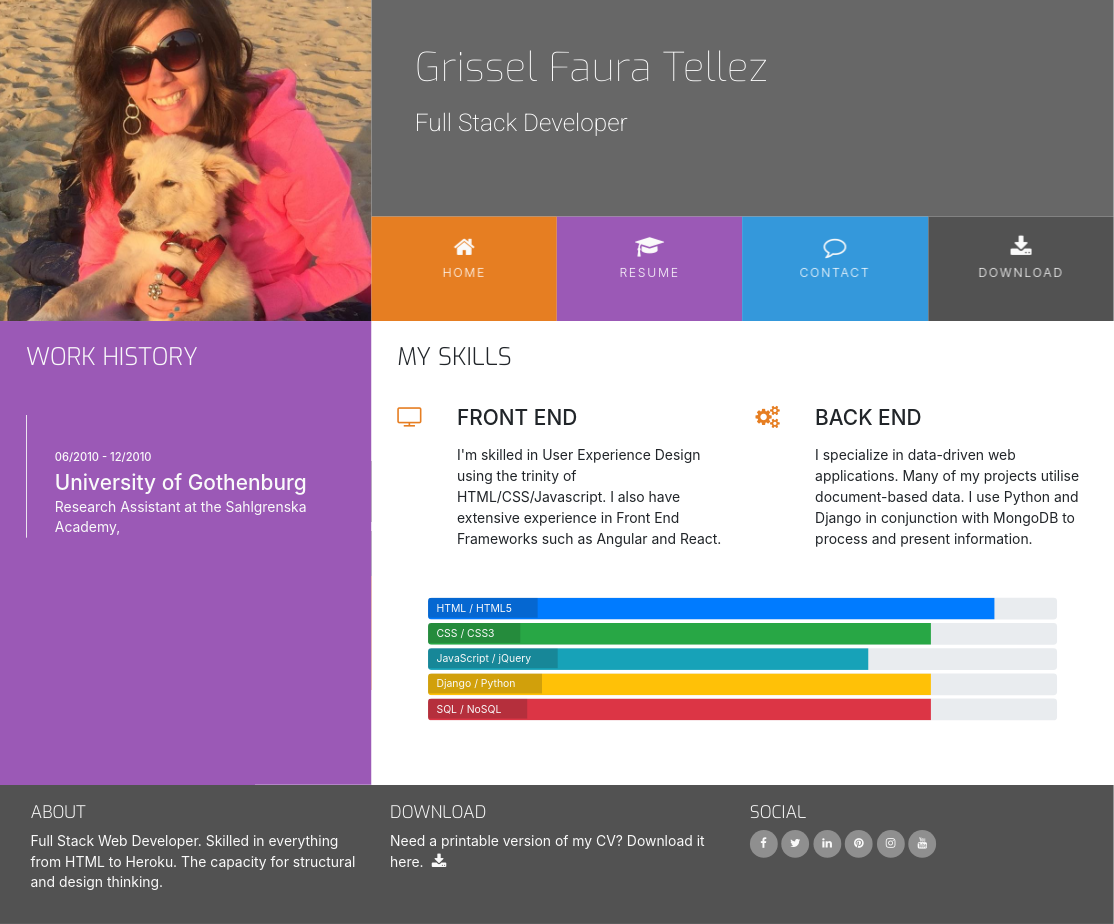
Repository: grisselfaura/Resume-Project-Introduction
Page: resume.html
The author's editor kept a record of every edit. The page is drawn from the files as they stood at one moment, then again after the next edit.
The browser window is 1280 px wide. The pictures show the whole page, at 87% of full size.

Above is the page before.

### resume.html
<!DOCTYPE html>
<html lang="en">
<head>
    <meta charset="UTF-8">
    <meta name="viewport" content="width=device-width, initial-scale=1.0">
    <meta http-equiv="X-UA-Compatible" content="ie=edge">
    <link rel="stylesheet" href="https://stackpath.bootstrapcdn.com/bootstrap/4.3.1/css/bootstrap.min.css" type="text/css" />
    <link rel="stylesheet" href="https://stackpath.bootstrapcdn.com/font-awesome/4.7.0/css/font-awesome.min.css" type="text/css" />
    <link rel="stylesheet" href="https://cdnjs.cloudflare.com/ajax/libs/hover.css/2.3.1/css/hover-min.css" type="text/css" />
    <link rel="stylesheet" href="assets/CSS/style.css" type="text/css" />
    <title>Grissel</title>
</head>
<body>
    <header>
       <div class="row no-gutters">
           <a class="col-md-4 logo" href="index.html"></a>
           <div class="col-md-8">
               <div class="row no-gutters bg-color-name-title">
                   <div class="col heading">
                       <h1 class="name">Grissel Faura Tellez</h1>
                       <h2 class="title">Full Stack Developer</h2>
                    </div>
               </div>
               <div class="row no-gutters">
                   <div class="col">
                       <ul id="nav" class="list-inline menucontainer">
                           <li class="col-6 col-sm-3 ui-menu-color-home list-inline-item menuitem">
                               <a href="#" class="hvr-sweep-to-bottom"><i class="fa fa-home" aria-hidden="true"></i><span>Home</span></a>
                           </li>
                           <li class="col-6 col-sm-3 ui-menu-color-resume list-inline-item menuitem">
                               <a href="#" class="hvr-sweep-to-bottom"><i class="fa fa-graduation-cap" aria-hidden="true"></i><span>Resume</span></a>
                           </li>
                           <li class="col-6 col-sm-3 ui-menu-color-contact list-inline-item menuitem">
                               <a href="#" class="hvr-sweep-to-bottom"><i class="fa fa-comment-o" aria-hidden="true"></i><span>Contact</span></a>
                           </li>
                           <li class="col-6 col-sm-3 ui-menu-color-download list-inline-item menuitem">
                               <a href="#" class="hvr-sweep-to-bottom"><i class="fa fa-download" aria-hidden="true"></i><span>Download</span></a>
                           </li>
                       </ul>
                   </div>
               </div>
           </div>
       </div>
    </header>
    <section class="container-fluid">
        <div class="row">
            <div class="col-md-4 bg-color-work-history section-column">
                <div class="row">
                    <div class="col-12">
                        <h3 class="history-heading uppercase">
                            Work History
                            </h3>
                    </div>
                </div>
                <div class="timeline-item" data-dates="06/2010 - 12/2010">
                    <h4>University of Gothenburg</h4>
                    <p>Research Assistant at the Sahlgrenska Academy,</p>
                </div>
            </div>
            <div class="col-md-8 bg-color-three-reasons section-column">
                <div class="row">
                    <div class="col">
                        <h3 class="section-heading uppercase">My Skills</h3>
                    </div>
                </div>
                <div class="row">
                    <div class="col-10 offset-1 offset-sm-0 col-sm-4 col-md-6">
                        <div class="row">
                            <div class="col-2">
                                <i class="three-reasons-icon fa fa-tv" aria-hidden="true"></i>
                            </div>
                            <div class="col-10">
                                <h4 class="three-reasons-heading uppercase">Front End</h4>
                                <p>
                                    I'm skilled in User Experience Design using the trinity of HTML/CSS/Javascript. I also have extensive experience in Front End Frameworks such as Angular and React.
                                </p>
                            </div>
                        </div>
                    </div>
                    <div class="col-10 offset-1 offset-sm-0 col-sm-4 col-md-6">
                        <div class="row">
                            <div class="col-2">
                                <i class="three-reasons-icon fa fa-gears" aria-hidden="true"></i>
                            </div>
                            <div class="col-10">
                                <h4 class="three-reasons-heading uppercase">Back End</h4>
                                <p>
                                    I specialize in data-driven web applications. Many of my projects utilise document-based data. I use Python and Django in conjunction with MongoDB to process and present information.
                                </p>
                            </div>
                        </div>
                    </div>
                </div>
                <div class="row progress-section">
                    <div class="col">
                        <div class="progress">
                            <div class="progress-bar" role="progressbar" aria-valuenow="90" aria-valuemin="0" aria-valuemax="100" style="width:90%;">
                                <span class="sr-only">90% complete</span>
                            </div>
                            <span class="progress-type">HTML / HTML5</span>
                        </div>
                        <div class="progress">
                            <div class="progress-bar bg-success" role="progressbar" aria-valuenow="80" aria-valuemin="0" aria-valuemax="100" style="width:80%;">
                                <span class="sr-only">80% complete</span>
                            </div>
                            <span class="progress-type">CSS / CSS3</span>
                        </div>
                        <div class="progress">
                            <div class="progress-bar bg-info" role="progressbar" aria-valuenow="70" aria-valuemin="0" aria-valuemax="100" style="width:70%;">
                                <span class="sr-only">70% complete</span>
                            </div>
                            <span class="progress-type">JavaScript / jQuery</span>
                        </div>
                        <div class="progress">
                            <div class="progress-bar bg-warning" role="progressbar" aria-valuenow="80" aria-valuemin="0" aria-valuemax="100" style="width:80%;">
                                <span class="sr-only">80% complete</span>
                            </div>
                            <span class="progress-type">Django / Python</span>
                        </div>
                         <div class="progress">
                            <div class="progress-bar bg-danger" role="progressbar" aria-valuenow="80" aria-valuemin="0" aria-valuemax="100" style="width:80%;">
                                <span class="sr-only">80% complete</span>
                            </div>
                            <span class="progress-type">SQL / NoSQL</span>
                        </div>
                    </div>
                </div>
            </div>
        </div>
 </section>
    <footer class="container-fluid">
        <div id="footer-details" class="row">
            <div class="col-sm-4">
                <h5 class="uppercase general-sub">About</h5>
                <p class ="inline-block">
                Full Stack Web Developer. Skilled in everything from HTML to Heroku. The capacity for structural and design thinking.</p>
            </div>
            <div class="col-sm-4">
                <h5 class="uppercase general-sub">Download</h5>
                <p class ="inline-block">
                Need a printable version of my CV? Download it here.
                    <a href="#" target="_blank" class="cv-pdf">
                        <i class="fa fa-download" aria-hidden="true"></i>
                        <span class="sr-only">Download link again.</span>
                    </a>
                </p>
             </div>
            <div class="col-sm-4">
                <h5 class="uppercase general-sub">Social</h5>
                <ul class="list-inline social-links">
                    <li class="list-inline-item">
                        <a target="_blank" href="#">
                            <i class="fa fa-facebook" aria-hidden="true"></i>
                            <span class="sr-only">Facebook</span>
                        </a>
                    </li>
                    <li class="list-inline-item">
                        <a target="_blank" href="#">
                            <i class="fa fa-twitter" aria-hidden="true"></i>
                            <span class="sr-only">Twitter</span>
                        </a>
                    </li>
                     <li class="list-inline-item">
                        <a target="_blank" href="#">
                            <i class="fa fa-linkedin" aria-hidden="true"></i>
                            <span class="sr-only">LinkedIn</span>
                        </a>
                    </li>
                    <li class="list-inline-item">
                        <a target="_blank" href="#">
                            <i class="fa fa-pinterest" aria-hidden="true"></i>
                            <span class="sr-only">Pinterest</span>
                        </a>
                    </li>
                    <li class="list-inline-item">
                        <a target="_blank" href="#">
                            <i class="fa fa-instagram" aria-hidden="true"></i>
                            <span class="sr-only">Instagram</span>
                        </a>
                    </li>
                    <li class="list-inline-item">
                        <a target="_blank" href="#">
                            <i class="fa fa-youtube" aria-hidden="true"></i>
                            <span class="sr-only">Youtube</span>
                        </a>
                    </li>
                </ul>
            </div>
        </div>
    </footer>
</body>
</html>

### assets/CSS/style.css
@import url('https://fonts.googleapis.com/css?family=Roboto:100,200,300,400,500,600,700|Exo:100,200,300,400,500,600,700');

/*---------------------------------Colours*/

.bg-color-name-title {
    background-color: #676767;
}

.bg-color-three-reasons {
    background-color: #fff;
}

.bg-color-personal-info {
    background-color: #f4f4f4;
}

.bg-color-work-history {
    background-color: #9b59b6;
}

.ui-menu-color-home {
    background-color: #e67e22;
}

.ui-menu-color-resume {
    background-color: #9b59b6;
}

.ui-menu-color-contact {
    background-color: #3498db;
}

.ui-menu-color-download {
    background-color: #525252;
}
/*---------------------------------Special paddings/margins/text*/

h1,
h2,
h3,
h4 {
    margin: 0;
}

.uppercase {
   text-transform: uppercase;
}

.general-sub {
    font-family: "Exo", sans-serif;
    font-weight: 300;
    color: #fafafa;
}

.inline-block {
    display: inline-block;
}

.row-table {
    display: table;
}

.section-column {
    display: table-cell;
    padding: 0 30px 30px;
    float: none;
}

.history-heading,
.section-heading {
    font-family: "Exo", sans-serif;
    font-weight: 300;
    margin-top: 25px;
    margin-bottom: 40px;
}

/*---------------------------------Heading*/
header {
    margin: 0;
}

.heading {
    margin-left: 50px;
}

.logo {
    background: url("../images/gri.jpg");
    background-position: center;
    background-repeat: no-repeat;
    background-size: cover;
    min-height: 360px;
    transition: all .5s ease-in-out;
    -moz-transition: all .5s ease-in-out;
    -webkit-transition: all .5s ease-in-out;
}

.name {
    font-family: "Exo", sans-serif;
    font-weight: 100;
    font-size: 46px;
    margin-top: 50px;
    color: #ffffff;
}

.title {
    font-family: "Roboto", sans-serif;
    font-weight: 200;
    font-size: 28px;
    margin-top: 20px;
    margin-bottom: 90px;
    color: #ffffff;
}
.list-inline-item:not(:last-child) {
    margin-right: 0;
}
.menucontainer {
    font-size: 0;
}

#nav {
    margin: 0
}

#nav li {
    font-size: 14px;
    padding: 0;
}

.menuitem {
    height: 120px;
    text-align: center;
    padding: 0;
}

.menuitem a {
    width: 100%;
    text-decoration: none;
    color: #fff;
    height: 120px;
}

.menuitem a i {
    padding-top: 22px;
    display: block;
    color: #fafafa;
    font-size: 26px;
}

.menuitem span {
    display: block;
    width: 100%;
    padding-top: 5px;
    text-align: center;
    text-transform: uppercase;
    font-size: 14px;
    font-weight: 300;
    letter-spacing: 2px;
}

/*---------------------------------Hover.css*/
.hvr-sweep-to-bottom:before {
    background: rgba(0,0,0,0.2);
    height: 120px;
}

/*---------------------------------Footer*/

footer {
    background-color: #525252;
    color: #fafafa;
    min-height: 120px;
    margin: 0;
}

.cv-pdf i {
  font-size: 18px;
  color: #fafafa;
  text-align: center;
  padding-left: 5px;
  transition: all 0.35s ease-in-out;
  -moz-transition: all 0.35s ease-in-out;
  -webkit-transition: all 0.35s ease-in-out;
  -o-transition: all 0.35s ease-in-out;
}

.cv-pdf i:hover {
  color: #e84610;
}

.social-links {
    padding-bottom: 15px;
}

.social-links li a i {
    width: 32px;
    height: 32px;
    padding: 12px 0;
    border-radius: 50%;
    font-size: 13px;
    line-height: 7px;
    text-align: center;
    color: #fafafa;
    background: #8f8f8f;
    transition: all 0.35s ease-in-out;
    -moz-transition: all 0.35s ease-in-out;
    -webkit-transition: all 0.35s ease-in-out;
    -o-transition: all 0.35s ease-in-out;
}

.social-links li a i:hover {
    background: #e84610;
}

#footer-details {
    padding: 20px;
}

/*---------------------------------Three Reasons*/

.three-reasons-icon {
    font-size: 26px;
    color: #e67e22;
}

.three-reasons-heading {
    margin-bottom: 15px;
}

/*---------------------------------Personal Info*/
.personal-info-item {
    margin-bottom: 20px;
    display: block;
    clear: both;
}

.personal-info-item .key,
.personal-info-item .value {
    padding-right: 8px;
    display: inline-block;
}

.personal-info-item .key p,
.personal-info-item .value p {
    margin: 0;
}

.personal-info-item .key {
    width: 30%;
    margin-right: 21px;
    padding-top: 2px;
    vertical-align: top;
}

.personal-info-item .key p {
    font-weight: 700;
}

.personal-info-item .value {
    position: relative;
    width: 60%;
}

/*---------------------------------Skills*/

.progress {
    position: relative;
    height: 25px;
    margin-bottom: 4px;
}

.progress-type {
    position: absolute;
    left:0px;
    font-weight: 400;
    padding: 3px 30px 2px 10px;
    color: #fafafa;
    background-color: rgba(25, 25, 25, 0.2);
}

.progress-section {
    margin: 40px 20px;
}

/*---------------------------------Work History*/

.history-heading {
    color: #fafafa;
    margin-bottom: 50px;
}

.timeline-item {
    padding: 4em 2em 0em 2em;
    position: relative;
    color: #fafafa;
    border-left: 1px solid;
}

.timeline-item p {
    padding: 0;
    margin: 0;
}

.timeline-item:before {
    content: attr(data-dates);
    position: absolute;
    left: 2.5em;
    top: 3em;
    display: block;
    font-family:  !important;
    font-weight: 500;
    font-size: 0.8em;
    padding: 0;
    margin:0;
}

After the next edit:
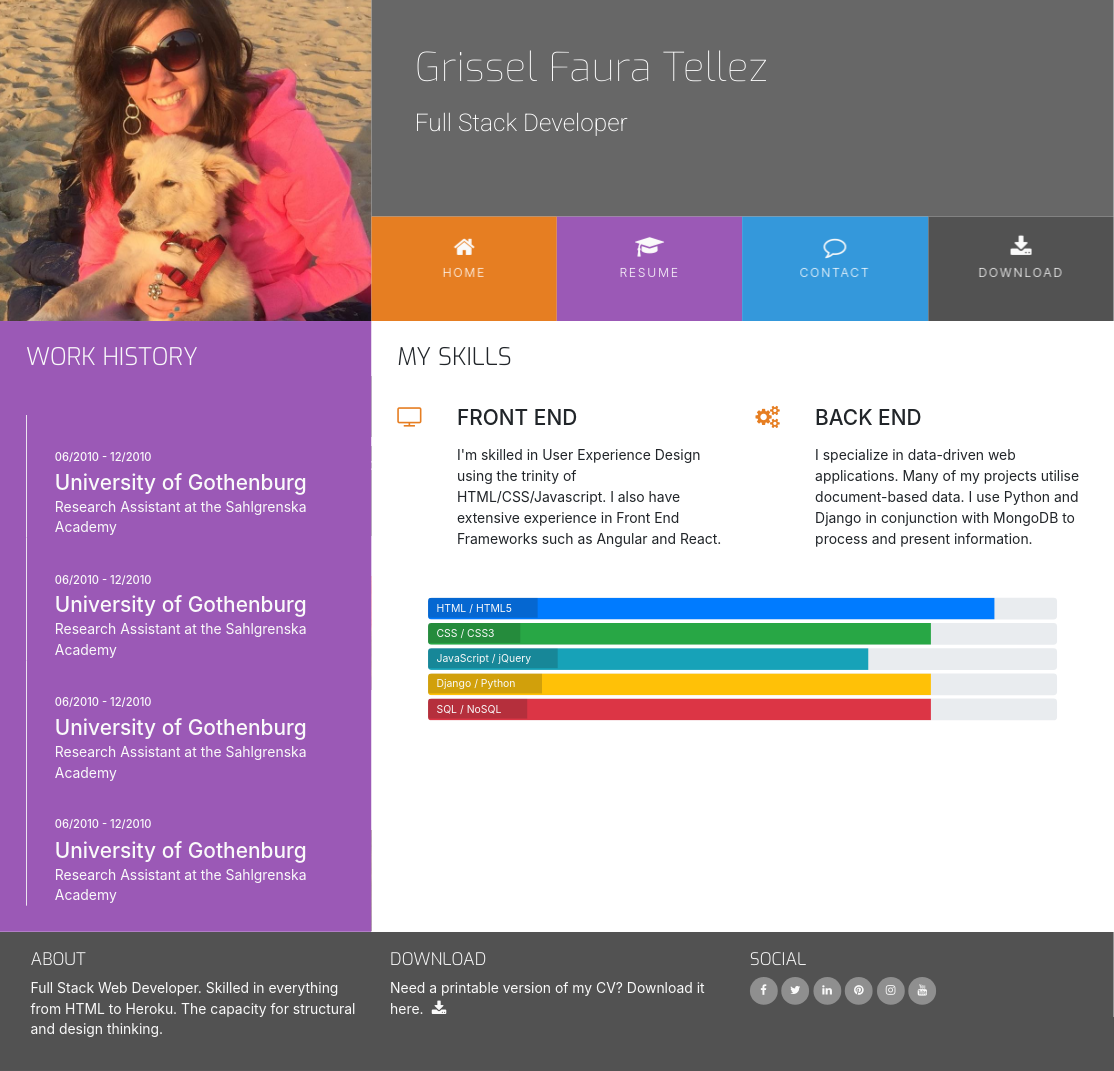
The edit:
--- a/resume.html
+++ b/resume.html
@@ -54,7 +54,19 @@
                 </div>
                 <div class="timeline-item" data-dates="06/2010 - 12/2010">
                     <h4>University of Gothenburg</h4>
-                    <p>Research Assistant at the Sahlgrenska Academy,</p>
+                    <p>Research Assistant at the Sahlgrenska Academy</p>
+                </div>
+                <div class="timeline-item" data-dates="06/2010 - 12/2010">
+                    <h4>University of Gothenburg</h4>
+                    <p>Research Assistant at the Sahlgrenska Academy</p>
+                </div>
+                <div class="timeline-item" data-dates="06/2010 - 12/2010">
+                    <h4>University of Gothenburg</h4>
+                    <p>Research Assistant at the Sahlgrenska Academy</p>
+                </div>
+                <div class="timeline-item" data-dates="06/2010 - 12/2010">
+                    <h4>University of Gothenburg</h4>
+                    <p>Research Assistant at the Sahlgrenska Academy</p>
                 </div>
             </div>
             <div class="col-md-8 bg-color-three-reasons section-column">
